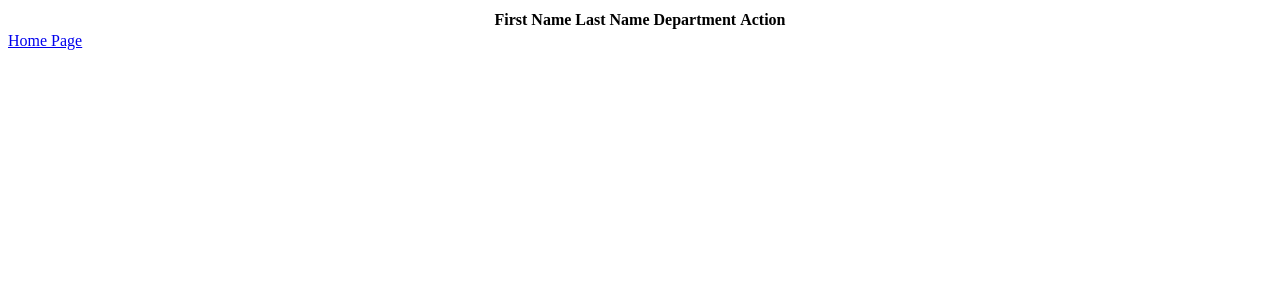
Repository: SaumyaGuptaTechnokrat/Employee_management
Page: http://localhost/Employee/EmployeeList.jsp
These files come from the project's save history. The page is drawn as it stood at one moment and after the next save; the edit follows.
The browser window is 1280 px wide. The pictures show the whole page.
The page is served by Tomcat 9. Queries for data that is not in the repository find no rows.

Above is the page before, as saved 2023-02-12 07:25:52.

After the next save:
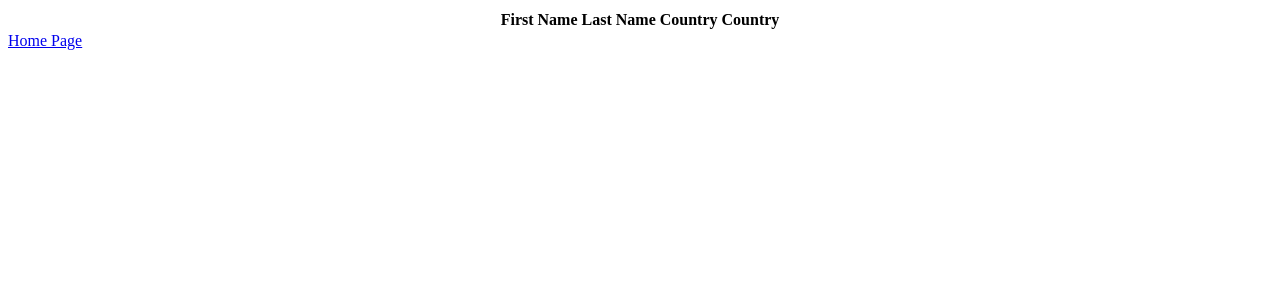
Saved 62 s later.
--- a/Employee/src/main/webapp/EmployeeList.jsp
+++ b/Employee/src/main/webapp/EmployeeList.jsp
@@ -8,7 +8,7 @@
 </head>
 <body>
 <%
-out.print("<table align='center' class='table'><tr><th>First Name</th><th>Last Name</th><th>Department</th><th>Action</th></tr>");
+out.print("<table align='center' class='table'><tr><th>First Name</th><th>Last Name</th><th>Country</th><th>Country</th></tr>");
 for(Employee e:(List<Employee>)EmployeeDAO.getAllEmployee())
 {
 	out.print("<tr>");
